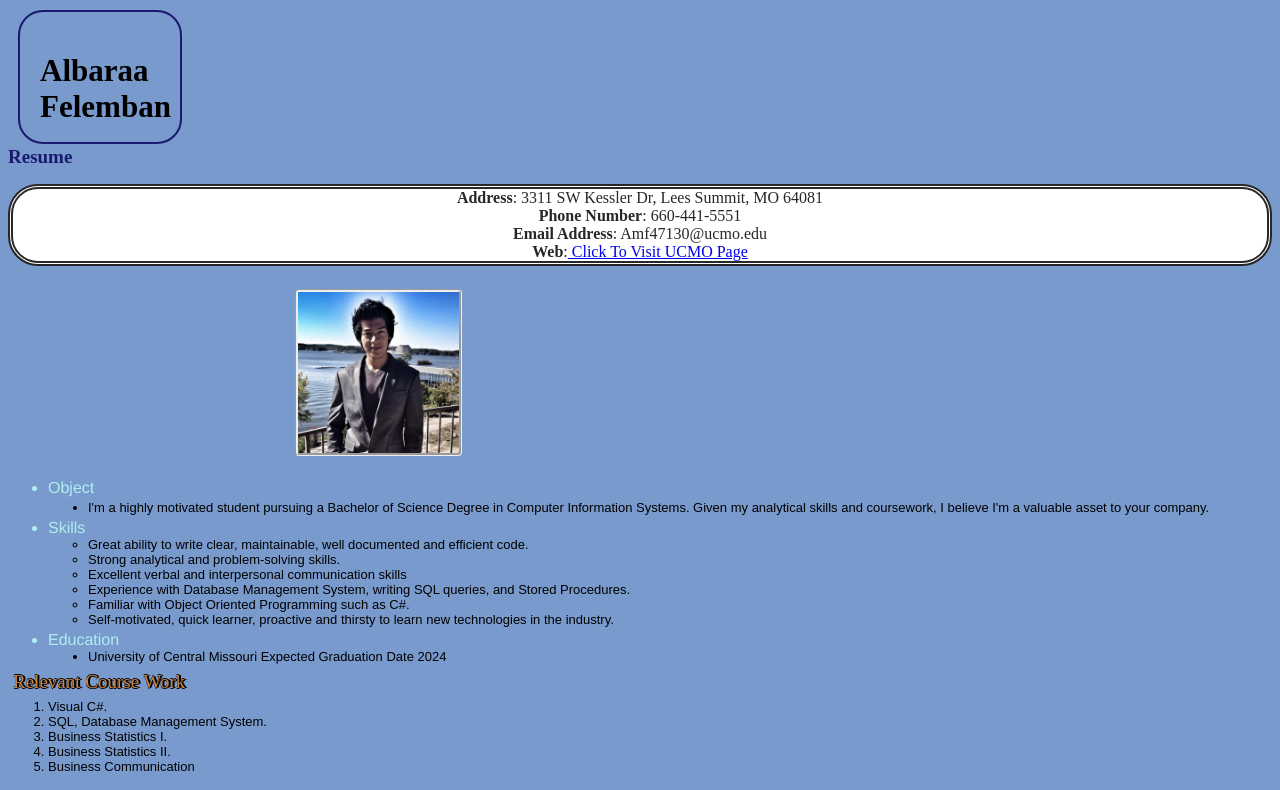
Repository: MrFelemban/RealEstate_Web-cis2625
Page: lesson1/index.html
The author's editor kept a record of every edit. The page is drawn from the files as they stood at one moment, then again after the next edit.
The browser window is 1280 px wide. The pictures show the whole page.

Above is the page before.

After the next edit:
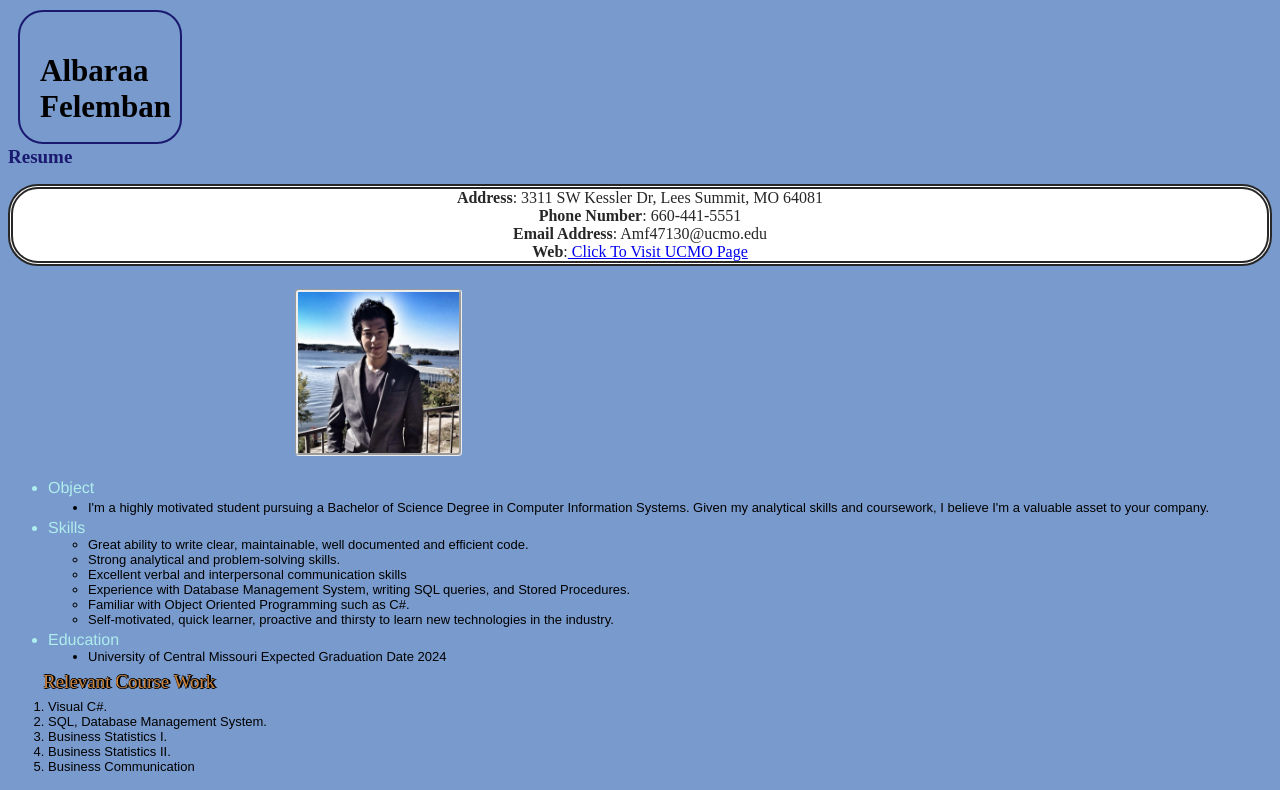
The edit:
--- a/lesson1/Resume.css
+++ b/lesson1/Resume.css
@@ -94,7 +94,7 @@
 	#Courses{
 		margin-top:-9px;
 		margin-bottom: -10px;
-		margin-left: 5px;
+		margin-left: 35px;
 		font-size:19px;
 		color: #CD853F;
 		text-shadow: 2px 0 black, 0 1px black, 1px 0 black, 0 -1px black;
